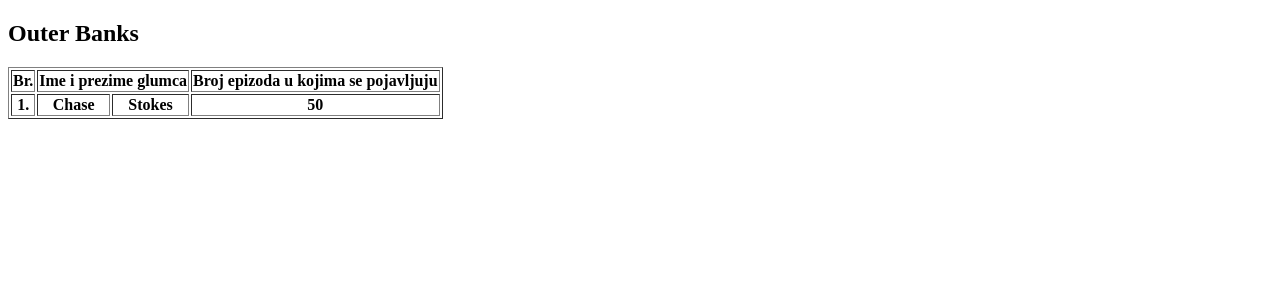
Repository: larabiondic/wp_biondic_lara
Page: Domace zadace/Zadaća.2.html
An editor plug-in stored every save of this project. The page is shown before and after the next save, followed by the edit.
The browser window is 1280 px wide. The pictures show the whole page.

Above is the page before, as saved 2025-11-03 20:01:39.

### Domace zadace/Zadaća.2.html
<!DOCTYPE html>
<html lang="en">
<head>
    <meta name="viewport" content="width=device-width, initial-scale=1.0">
    <meta name="description" content="Zadaća 2.">
    <meta name="keywords" content="HTML, CSS, JavaScript">
    <meta name="author" content="Lara Biondić">
    <title>Zadaća 2.</title>
</head>
<body>
    <h2>Outer Banks</h2>
    <table border="1">
        <tr>
            <th>Br.</th>
            <th colspan="2">Ime i prezime glumca</th>
            <th>Broj epizoda u kojima se pojavljuju</th>
        </tr>
        <tr>
            <th>1.</th>
            <th>Chase</th>
            <th>Stokes</th>
            <th>50</th>
        </tr>

    </table>
</body>
</html>

After the next save:
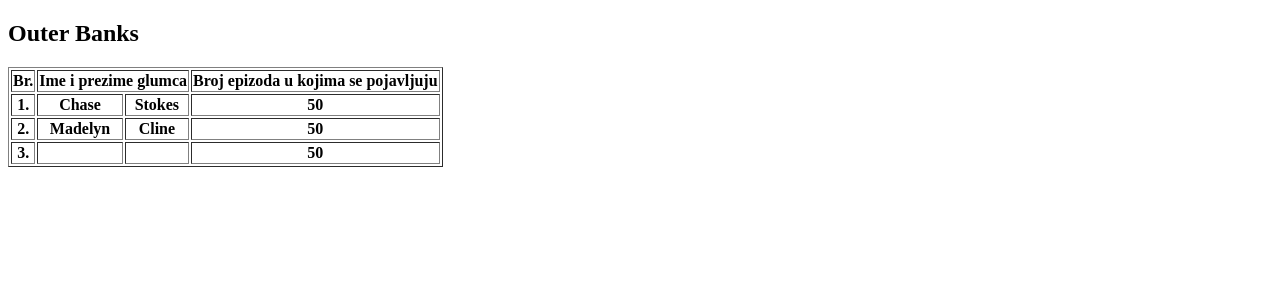
Saved 2 min 27 s later.
--- a/Domace zadace/Zadaća.2.html
+++ b/Domace zadace/Zadaća.2.html
@@ -21,6 +21,18 @@
             <th>Stokes</th>
             <th>50</th>
         </tr>
+        <tr>
+            <th>2.</th>
+            <th>Madelyn</th>
+            <th>Cline</th>
+            <th>50</th>
+        </tr>
+        <tr>
+            <th>3.</th>
+            <th></th>
+            <th></th>
+            <th>50</th>
+        </tr>
 
     </table>
 </body>
